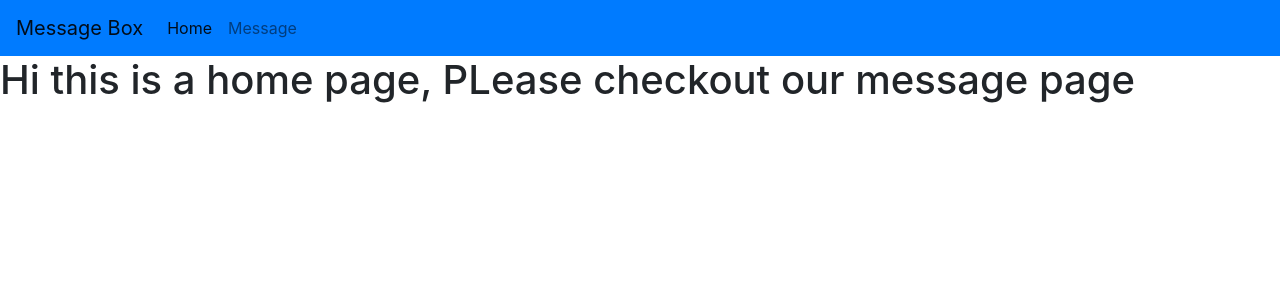
Repository: 05Mohammedismail/xworkz--Advance-Java
Page: Sep08_Servlets(HTML content as the HTTP response)/src/main/webapp/index.html
These files come from the project's save history. The page is drawn as it stood at one moment and after the next save; the edit follows.
The browser window is 1280 px wide. The pictures show the whole page.

Above is the page before, as saved 2023-09-10 19:15:12.

After the next save:
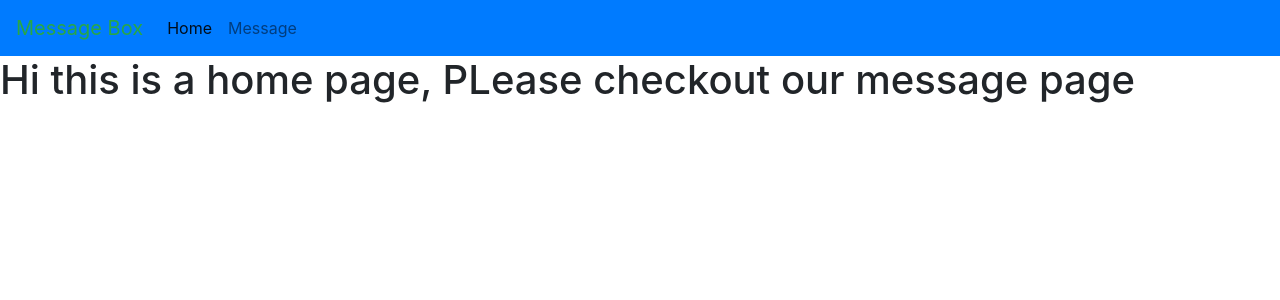
Saved 2 min 7 s later.
--- a/Sep08_Servlets(HTML content as the HTTP response)/src/main/webapp/index.html
+++ b/Sep08_Servlets(HTML content as the HTTP response)/src/main/webapp/index.html
@@ -8,7 +8,7 @@
 </head>
 <body>
 <nav class="navbar navbar-expand-lg navbar-light bg-primary">
-  <a class="navbar-brand" href="#">Message Box</a>
+  <a class="navbar-brand text-success" href="#">Message Box</a>
   <button class="navbar-toggler" type="button" data-toggle="collapse" data-target="#navbarNav" aria-controls="navbarNav" aria-expanded="false" aria-label="Toggle navigation">
     <span class="navbar-toggler-icon"></span>
   </button>

After the save that followed:
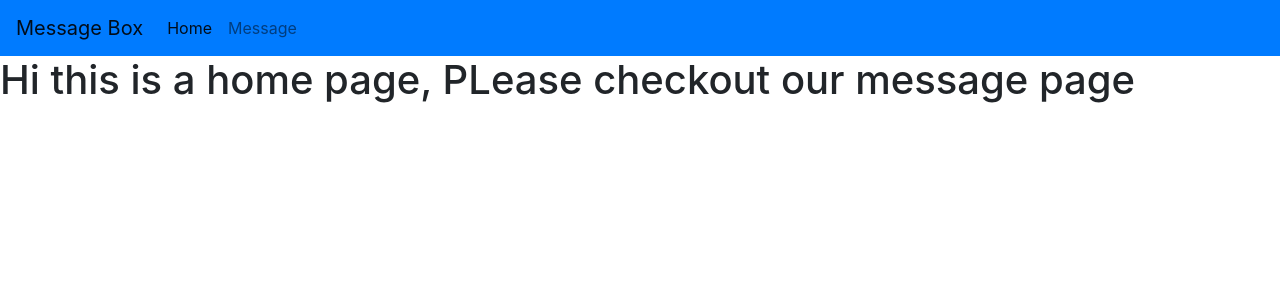
Saved 53 s later.
--- a/Sep08_Servlets(HTML content as the HTTP response)/src/main/webapp/index.html
+++ b/Sep08_Servlets(HTML content as the HTTP response)/src/main/webapp/index.html
@@ -8,7 +8,7 @@
 </head>
 <body>
 <nav class="navbar navbar-expand-lg navbar-light bg-primary">
-  <a class="navbar-brand text-success" href="#">Message Box</a>
+  <a class="navbar-brand"  href="#">Message Box</a>
   <button class="navbar-toggler" type="button" data-toggle="collapse" data-target="#navbarNav" aria-controls="navbarNav" aria-expanded="false" aria-label="Toggle navigation">
     <span class="navbar-toggler-icon"></span>
   </button>
